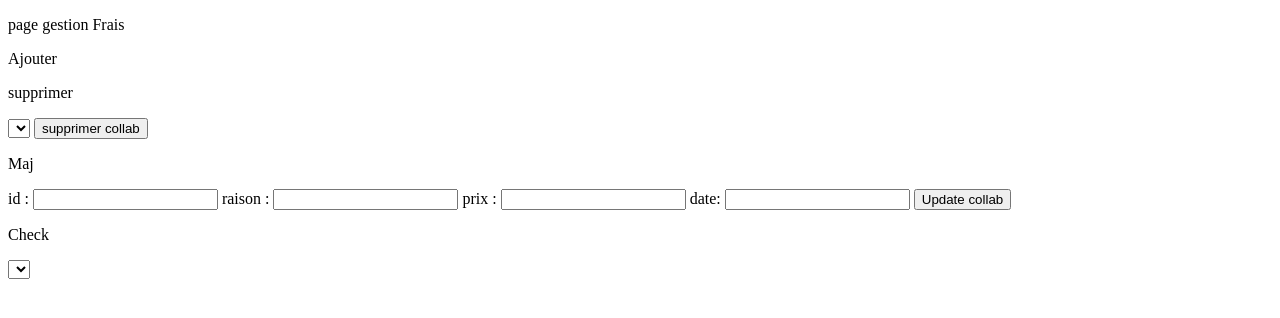
Repository: Shakibaei-2020/CRA_JEE_FINAL
Page: http://localhost/jee_crainfocom/ControleAdminGestionFrais
An editor plug-in stored every save of this project. The page is shown before and after the next save, followed by the edit.
The browser window is 1280 px wide. The pictures show the whole page.
The page is served by Tomcat 9. Other server files are loaded and not shown. Queries for data that is not in the repository find no rows.

Above is the page before, as saved 2021-04-08 09:27:44.

### CRA_JEE_FINAL/jee_crainfocom/src/main/webapp/WEB-INF/PageAdminGestionFrais.jsp
<%@ page pageEncoding="UTF-8" %>
<%@ taglib uri="http://java.sun.com/jsp/jstl/core" prefix="c" %>
<!DOCTYPE html>
<html>
<head>
<meta charset="ISO-8859-1">
<title>Insert title here</title>
</head>
<body>
<p>page gestion Frais</p>

<!-- ************************************************************************ -->

<p>Ajouter</p>
<form method="post" action=ControleAdminGestionFrais>

</form>

<p>supprimer</p>
<form method="post" action=ControleAdminGestionFrais>
	<select name="saisiRaison" id="saisiRaison" >
     	<c:forEach items="${ tabRaisonFrais }" var="tabRaisonFrais" varStatus="status">
        <p><option><c:out  value="${tabRaisonFrais}"></option></c:out ></p>
		</c:forEach>
	</select>
<input type="submit" value="supprimer collab"/>
</form>

<!-- ************************************************************************ -->

<p>Maj</p>
 <form method="post" action="ControleInterneGestionFrais">

            <label for="idUp">id : </label>
            <input type="text" name="idUp" id="idUp" />

            <label for="raisonUp">raison : </label>
            <input type="text" name="raisonUp" id="raisonUp" />

            <label for="prixUp">prix : </label>
            <input type="text" name="prixUp" id="prixUp" />

            <label for="dateUp">date: </label>
            <input type="text" name="dateUp" id="dateUp" />

            <input type="submit" value="Update collab" />
</form>
<!-- ************************************************************************ -->

<p>Check</p>

		<select>
     	<c:forEach   items="${ tabNoteDeFrais }" var="tabCollab" varStatus="status">
        <p> <option method="get" action="ControleAdminGestionCollab"  ><c:out value="${tabNoteDeFrais}"></option></c:out ></p>
		</c:forEach>
		</select>

</body>
</html>

### CRA_JEE_FINAL/jee_crainfocom/src/main/java/com/infocom/controller/Collaborateur/ControleAdminGestionFrais.java
package com.infocom.controller.Collaborateur;
import java.io.IOException;
import java.sql.SQLException;
import java.text.ParseException;
import java.text.SimpleDateFormat;
import java.util.ArrayList;
import java.sql.Date;
import java.util.List;
import javax.servlet.ServletException;
import javax.servlet.annotation.WebServlet;
import javax.servlet.http.HttpServlet;
import javax.servlet.http.HttpServletRequest;
import javax.servlet.http.HttpServletResponse;
import com.infocom.model.NoteDeFrais;
import com.infocom.model.DAO.NoteDeFraisDAO;


@WebServlet("/ControleAdminGestionFrais")
public class ControleAdminGestionFrais extends HttpServlet {
	private static final long serialVersionUID = 1L;


    public ControleAdminGestionFrais() {
        super();
    }


	protected void doGet(HttpServletRequest request, HttpServletResponse response) throws ServletException, IOException {

		NoteDeFraisDAO notedefraisDAO = new NoteDeFraisDAO();
		List<NoteDeFrais> tabNoteDeFrais = new ArrayList();

		try {
			tabNoteDeFrais = notedefraisDAO.selectAllFrais();
		} catch (SQLException e) {
		e.printStackTrace();
		}

		request.setAttribute("tabNoteDeFrais",tabNoteDeFrais);
		ArrayList<String> tabRaisonFrais = new ArrayList<String>();
		for (int i = 0; i < tabNoteDeFrais.size(); i++) {
			tabRaisonFrais.add(tabNoteDeFrais.get(i).getRaison());
		}
		request.setAttribute("tabRaisonFrais",tabRaisonFrais);


        this.getServletContext().getRequestDispatcher("/WEB-INF/PageAdminGestionFrais.jsp").forward(request, response);
	}


	protected void doPost(HttpServletRequest request, HttpServletResponse response) throws ServletException, IOException {

		String buttonClicked = request.getParameter("button_clicked");


		if(buttonClicked != null) {
		switch(buttonClicked) {
		case"supprimerFrais":

			String saisiRaison = request.getParameter("saisiRaison");
			request.setAttribute("saisiRaison",saisiRaison);

	         NoteDeFraisDAO noteDeFraisDAO = new NoteDeFraisDAO();

	        try {
	        	noteDeFraisDAO.deleteFrais(saisiRaison);
				this.doGet(request, response);
				return;

			} catch (SQLException e) {
				e.printStackTrace();
			}
	        break;

		case"updateFrais":


	        String idUp = request.getParameter("idUp");
	        int idUpParsed = Integer.parseInt(idUp);

			String raisonUp =request.getParameter("raisonUp");

	        String prixUp = request.getParameter("prixUp");
	        Double prixUpParsed = Double.parseDouble(prixUp);

	        String dateUp = request.getParameter("dateUp");
		        Date date=Date.valueOf(dateUp);
			     NoteDeFrais notedefrais = new NoteDeFrais(idUpParsed,raisonUp,prixUpParsed,date, 2);
			     NoteDeFraisDAO notedefraisDAO = new NoteDeFraisDAO();
			try {
				notedefraisDAO.updateFrais(notedefrais);
			} catch (SQLException e1) {
				e1.printStackTrace();
			}
			break;

		case"showFrais":
	        String idSho = request.getParameter("idSho");
	        int idShoInt = Integer.parseInt(idSho);


			NoteDeFraisDAO notedefraisDAOAffiche = new NoteDeFraisDAO();
			List < NoteDeFrais > tabNot = new ArrayList <NoteDeFrais>();


			try {
				tabNot = notedefraisDAOAffiche.selectFraisCollab(idShoInt);
			} catch (SQLException e) {
			e.printStackTrace();
			}
			request.setAttribute("tabNot",tabNot);
			break;
		}



		}

    	this.doGet(request, response);

        this.getServletContext().getRequestDispatcher("/WEB-INF/PageAdminGestionFrais.jsp").forward(request, response);

	}

}

### CRA_JEE_FINAL/jee_crainfocom/src/main/java/com/infocom/model/DAO/NoteDeFraisDAO.java
package com.infocom.model.DAO;

import java.sql.Connection;
import java.sql.Date;
import java.sql.PreparedStatement;
import java.sql.ResultSet;
import java.sql.SQLException;
import java.util.ArrayList;
import java.util.List;

import com.infocom.model.Collaborateur;
import com.infocom.model.NoteDeFrais;
import com.infocom.model.util.DBUtil;

public class NoteDeFraisDAO {



	private  final String INSERT_FRAIS_SQL = "INSERT INTO notedefrais  (raison, prix, date,idColl) VALUES  (?, ?, ?, ?);";

	  public void insertFrais(NoteDeFrais noteDeFrais) throws SQLException {

		  PreparedStatement preparedStatement = null;
	       Connection connection = DBUtil.getConnection();
	       		preparedStatement = connection.prepareStatement(INSERT_FRAIS_SQL);
	            preparedStatement.setString(1, noteDeFrais.getRaison());
	            preparedStatement.setDouble(2, noteDeFrais.getPrix());
	            preparedStatement.setDate(3, (Date) noteDeFrais.getDate());
	            preparedStatement.setInt(4, noteDeFrais.getIdColl());


	            preparedStatement.executeUpdate();
	            preparedStatement.close();

	    }


		private final String SELECT_ALL_FRAIS = "SELECT * FROM notedefrais ";

		public List<NoteDeFrais> selectAllFrais() throws SQLException {
			List<NoteDeFrais> noteDeFrais = new ArrayList<NoteDeFrais>();

			PreparedStatement preparedStatement = null ;
			Connection connection = DBUtil.getConnection();
			preparedStatement = connection.prepareStatement(SELECT_ALL_FRAIS);
			ResultSet rs =  preparedStatement.executeQuery();

			while (rs.next()) {
				int id = rs.getInt("id");
				String raison = rs.getString("raison");
				double prix = rs.getDouble("prix");
				Date date = rs.getDate("date");
				noteDeFrais.add(new NoteDeFrais(id, raison, prix, date, id));
			}
			rs.close();
			preparedStatement.close();
			return noteDeFrais;
		}

		private final String DELETE_FRAIS_SQL = "DELETE FROM notedefrais WHERE raison = ?;";

		public boolean deleteFrais(String raison) throws SQLException {
			boolean rowDeleted;
			PreparedStatement preparedStatement = null;
			Connection connection = DBUtil.getConnection();
			 preparedStatement = connection.prepareStatement(DELETE_FRAIS_SQL);
			 preparedStatement.setString(1, raison);
			rowDeleted = preparedStatement.executeUpdate() > 0;

			preparedStatement.close();
			return rowDeleted;
		}

		private final String UPDATE_FRAIS_SQL = "UPDATE collaborateur SET raison = ?,prix =? ,date =? WHERE id = ?;";

		public boolean updateFrais(NoteDeFrais noteDeFrais) throws SQLException {
			boolean rowUpdated;
			PreparedStatement preparedStatement = null;
			Connection connection = DBUtil.getConnection();
			preparedStatement = connection.prepareStatement(UPDATE_FRAIS_SQL);
			preparedStatement.setString(1, noteDeFrais.getRaison());
			preparedStatement.setDouble(2, noteDeFrais.getPrix());
			preparedStatement.setDate(3, (Date) noteDeFrais.getDate());
			preparedStatement.setInt(4, noteDeFrais.getId());
			rowUpdated = preparedStatement.executeUpdate() > 0;

			preparedStatement.close();
			return rowUpdated;

		}


}

### CRA_JEE_FINAL/jee_crainfocom/src/main/java/com/infocom/model/util/DBUtil.java
package com.infocom.model.util;

import java.sql.Connection;

import java.sql.DriverManager;
import java.sql.SQLException;
import java.sql.Driver;


public class DBUtil {
	private static final String DB_DRIVER_CLASS="com.mysql.jdbc.Driver";
	private static final String DB_USERNAME="root";
	private static final String DB_PASSWORD="";
	private static final String DB_URL ="jdbc:mysql://localhost:3306/crajeefinal";

	private static Connection connection = null;


	static{
		try {
			Class.forName(DB_DRIVER_CLASS);
			connection = DriverManager.getConnection(DB_URL, DB_USERNAME, DB_PASSWORD);
		} catch (ClassNotFoundException | SQLException e) {
			e.printStackTrace();
		}
	}

	public static Connection getConnection(){
		return connection;
	}
}

After the next save:
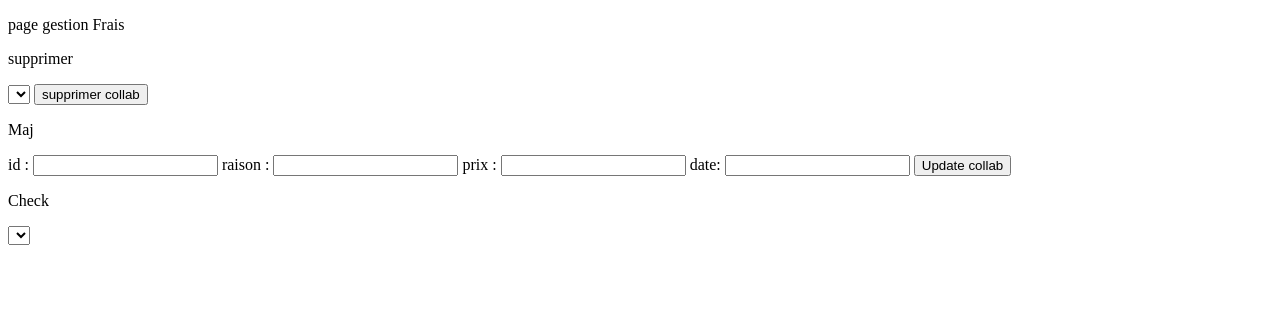
Saved 21 s later.
--- a/CRA_JEE_FINAL/jee_crainfocom/src/main/webapp/WEB-INF/PageAdminGestionFrais.jsp
+++ b/CRA_JEE_FINAL/jee_crainfocom/src/main/webapp/WEB-INF/PageAdminGestionFrais.jsp
@@ -10,11 +10,6 @@
 <p>page gestion Frais</p>
 
 <!-- ************************************************************************ -->
-
-<p>Ajouter</p>
-<form method="post" action=ControleAdminGestionFrais>
-
-</form>
 
 <p>supprimer</p>
 <form method="post" action=ControleAdminGestionFrais>
